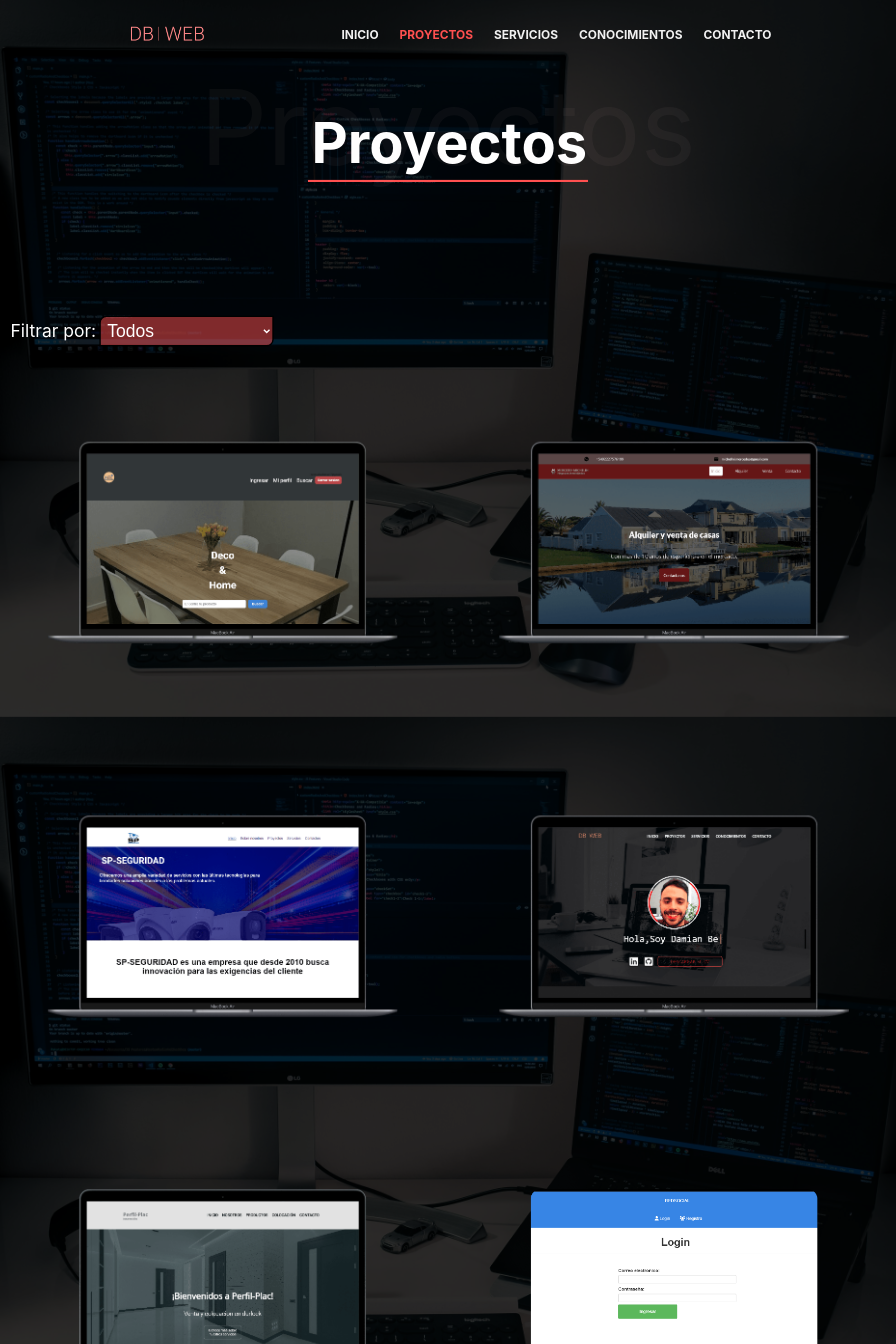
Repository: DamianBermudez94/DB-Porfolio
Page: /proyecto
An editor plug-in stored every save of this project. The page is shown before and after the next save, followed by the edit.
The browser window is 1280 px wide. The pictures show the part of the page from y = 0 to 1920 px (the page is 2900 px tall), at 70% of full size.
Backgrounds fixed to the window are drawn as part of the page. Some web libraries are served in a nearby version. The project was rebuilt for these pictures with package versions that can differ from the ones it lists, and the page was loaded fresh each time. Also part of the build but not shown: vite.config.js, src/components/TextoCustom/styles.css, src/components/TextoCustom/CustomText.jsx, src/components/Home/styles.css, src/components/Home/Home.jsx, src/pages/Inicio.jsx, src/components/Servicios/styles.css, src/components/Servicios/Service.jsx and 8 more.

Above is the page before, as saved 2024-04-01 19:15:01.

### index.html
<!DOCTYPE html>
<html lang="es">
  <head>
    <meta charset="utf-8" />
    <meta name="viewport" content="width=device-width, initial-scale=1" />
    <meta name="geo.position" content="-35.1853171; -59.1479442" />
    <link
      rel="icon"
      type="image/png"
      sizes="32x32"
      href="./public/image/icons-favicon-DB.png"
    />
    <link
      rel="apple-touch-icon"
      type="image/png"
      sizes="32x32"
      href="./public/image/icons-favicon-DB.png"
    />

    <link rel="manifest" href="./src/manifiesto.json" />
    <title>Damián Bermúdez - Developer</title>
    <meta name="author" content="Damián Bermúdez" />
    <meta
      name="description"
      content="Desarrollador Web Full Stack - Diseñador Web - Paginás Web - Damián Bermúdez"
    />
    <meta name="theme-color" content="#000000" />
    <!--Estilos-->
    <script
      src="https://kit.fontawesome.com/bdbed0aafa.js"
      crossorigin="anonymous"
    ></script>
    <link rel="preconnect" href="https://fonts.gstatic.com" />
    <link rel="preconnect" href="https://fonts.gstatic.com" />
    <link rel="preconnect" href="https://fonts.gstatic.com" />
    <link rel="preconnect" href="https://fonts.gstatic.com" />
    <link
      href="https://fonts.googleapis.com/css2?family=Raleway:wght@200;300&family=Roboto:wght@100;300&display=swap"
      rel="stylesheet"
    />
  </head>
  <body>
    <div id="root"></div>
    <script type="module" defer src="/src/main.jsx"></script>
  </body>
</html>

### src/main.jsx
import ReactDOM from "react-dom/client";

import App from "./App";
import "./index.css";
const root = ReactDOM.createRoot(document.getElementById("root"));
root.render(<App />);

### src/App.jsx
import { useState, useEffect } from "react";
import { MisRutas } from "./routers/MisRutas";
import { BrowserRouter } from "react-router-dom";
import backgroundImage from "../public/image/banner-parallax2.jpg";
import "./App.css";
function App() {
  const [scrollPosition, setScrollPosition] = useState(0);

  useEffect(() => {
    const handleScroll = () => {
      setScrollPosition(window.pageYOffset);
    };

    window.addEventListener("scroll", handleScroll);

    return () => {
      window.removeEventListener("scroll", handleScroll);
    };
  }, []);

  return (
    <main className="content-main parallax-container">
      <div
        className="parallax-background"
        style={{
          backgroundImage: `url(${backgroundImage})`,
          backgroundPositionY: scrollPosition / 2 + "px",
        }}
      />
      <div className="parallax-content">
        <BrowserRouter>
          <MisRutas />
        </BrowserRouter>
      </div>
    </main>
  );
}

export default App;

### src/index.css
* {
  margin: 0;
  padding: 0;
  box-sizing: border-box;
}
body {
  font-family: -apple-system, BlinkMacSystemFont, "Segoe UI", "Roboto", "Oxygen",
    "Ubuntu", "Cantarell", "Fira Sans", "Droid Sans", "Helvetica Neue",
    sans-serif;
  -webkit-font-smoothing: antialiased;
  -moz-osx-font-smoothing: grayscale;
}

### src/routers/MisRutas.jsx
import {Routes, Route } from "react-router-dom";

import { Inicio } from "../pages/Inicio";
import { Servicios } from "../pages/Servicios";
import { AcerdaDe } from "../pages/AcerdaDe";
import { Contacto } from "../pages/contacto";
import { Proyectos } from "../pages/Proyecto";
import { Error } from "../components/Error";
import { NavHeader } from "../components/header/NavHeader";
import { Footer } from "../components/Footer/Footer";

export const MisRutas = () => {
  return (
    <div className="layout">
      {/*Header y navegacion*/}
      <NavHeader />
      {/*Contenido general*/}

      <Routes>
        <Route path="/" element={<Inicio />} />
        <Route path="/inicio" element={<Inicio />} />
        <Route path="/servicios" element={<Servicios />} />
        <Route path="/conocimientos" element={<AcerdaDe />} />
        <Route path="/contacto" element={<Contacto />} />
        <Route path="/proyecto" element={<Proyectos />} />
        <Route path="*" element={<Error />} />
      </Routes>

      {/* Footer*/}
      <Footer />
    </div>
  );
};

### src/App.css
.parallax-container {
  position: relative;
  overflow: hidden;
  color: #fff;


}
.parallax-background {
  position: absolute;
  top: 0;
  left: 0;
  width: 100%;
  height: 100%;
  background-size: cover;
  background-position: center;
  background-attachment: fixed;

}
.parallax-content {
 /* Agregamos una transición para suavizar la animación */
  padding-top: 150px;
  background-color: rgba(0, 0, 0, 0.8);
  position: relative;
  z-index: 1; /* Asegura que el contenido esté sobre la imagen de fondo */
}

### src/pages/Proyecto.jsx
import { ListadoTrabajos } from "../components/Proyectos/ListaTrabajos";

export const Proyectos = () => {
  return (
    <section className="section-proyectos">
      <h1 className="title-proyectos">Proyectos</h1>
      <span className="sub-title__proyectos">Proyectos</span>
      <ListadoTrabajos />
    </section>
  );
};

### src/components/header/NavHeader.jsx
import { useState, useEffect } from "react";
import { NavLink } from "react-router-dom";
import "./NavHeader.css";
import BurguerButton from "./burgerButton";

export const NavHeader = () => {
  const [clicked, setClicked] = useState(false);
  const [scrolled, setScrolled] = useState(false);
  const handleClick = () => {
    //cuando esta true lo pasa a false y vice versa
    setClicked(!clicked);
  };
  useEffect(() => {
    const handleScroll = () => {
      if (window.scrollY > 50) {
        setScrolled(true);
      } else {
        setScrolled(false);
      }
    };

    window.addEventListener("scroll", handleScroll);

    // Limpiar el event listener en el desmontaje del componente
    return () => {
      window.removeEventListener("scroll", handleScroll);
    };
  }, []);

  return (
    <header className={`header ${scrolled ? "scrolled" : ""}`}>
      <div className="nav-content">
        <div className="logo">
          <NavLink to="/inicio">
            <img
              src={"/image/Logo-DB.png"}
              alt="Damian Bermudez desarrollador web"
            ></img>
          </NavLink>
        </div>

        <BurguerButton
          className="btn-menu"
          clicked={clicked}
          handleClick={handleClick}
        />
        <nav className={`menu ${clicked ? "active" : ""}`}>
          <ul>
            <li>
              <NavLink
                to="/inicio"
                onClick={handleClick}
                className={({ isActive }) => (isActive ? "active" : "")}
              >
                Inicio
              </NavLink>
            </li>
            <li>
              <NavLink
                to="/proyecto"
                onClick={handleClick}
                className={({ isActive }) => (isActive ? "active" : "")}
              >
                proyectos
              </NavLink>
            </li>
            <li>
              <NavLink
                to="/servicios"
                onClick={handleClick}
                className={({ isActive }) => (isActive ? "active" : "")}
              >
                servicios
              </NavLink>
            </li>
            <li>
              <NavLink
                to="/conocimientos"
                onClick={handleClick}
                className={({ isActive }) => (isActive ? "active" : "")}
              >
                conocimientos
              </NavLink>
            </li>
            <li>
              <NavLink
                to="/contacto"
                onClick={handleClick}
                className={({ isActive }) => (isActive ? "active" : "")}
              >
                contacto
              </NavLink>
            </li>
          </ul>
        </nav>
      </div>
    </header>
  );
};

### src/components/Footer/Footer.jsx

import './Footer.css'
export const Footer = () => {
  return (
    <footer className="footer">
      <div className="contenedor-footer container">
          <div className="footer-redes__sociales">
              <a href="https://www.facebook.com" className="link-redes_sociales" ><i className="fab fa-facebook facebook"></i></a>
              <a href="https://www.instagram.com" className="link-redes_sociales" ><i className="fab fa-instagram instagran"></i></a>
              <a href="https://www.linkedin.com" className="link-redes_sociales" ><i className="fab fa-linkedin linkedin"></i></a>
              <a href="https:/www.github.com" className="link-redes_sociales" ><i className="fab fa-github-square github"></i></a>
          </div>
          <hr className='footer-linea__separacion' />
          <div className="footer-text">
              <p className="title-copy">Hecho por<a className="title-footer" href="https://damianbermudezdev.es/">DB|WEB</a></p>
          </div>
      </div>
    </footer>
  )
}

### src/components/header/NavHeader.css
.header {
  height: 80px;
  width: 100%;
  max-width: 1200px;
  display: flex;
  justify-content: space-around;
  align-items: center;
  position: fixed;
  top: 0;
  right: 0;
  left: 0;
  z-index: 1000;
  padding: 50px 20px;
margin: 0 auto;
  transition: background-color 0.5s ease;
}

/* Cambiar el fondo al hacer scroll */
.header.scrolled {
  background-color: rgba(83, 83, 83, 0.9);
  border-radius: 10px;
  display: flex;
  justify-content: center;
  align-items: center;
  position: fixed;

  margin: 0 auto;
}

.nav-content {
  width: 90%;
  height: 80px;
  margin: 0 auto;
  display: flex;
  justify-content: space-around;
  padding: 5px;
  align-items: center;
}
.header .logo img {
  width: 150px;
  height: 100px;
  object-fit: cover;
}

.header nav ul {
  display: flex;
  justify-content: center;
  align-items: center;
  list-style: none;
}
.header li {
  text-decoration: none;
  text-transform: uppercase;
  font-size: 17px;
  font-weight: bold;
  margin: 15px;
}
.header li a {
  text-decoration: none;
  transition: all 300ms;
  color: #f1f1f1;
}
.header .active,
.header a:hover {
  color: rgb(255, 80, 80);
}

.header .btn-menu {
  display: none;
}
@media screen and (max-width: 960px) {
  .header {
    max-width: 900px;
  }

  .header .logo img {
    width: 200px;
    height: 150px;
  }

  .menu {
    list-style-type: none;
    margin: 0;
    padding: 0;
    transform: translateY(-100%);
    transition: transform 0.5s ease-in-out;
    position: fixed;
    top: 150px;
    left: 0%;
    width: 100%;
    height: 100vh;
    width: 100%;
    display: flex;
    flex-direction: column;
    align-items: center;
    justify-content: center;
    height: 0;
    overflow: hidden;
    background-color: rgba(255, 255, 255, 0);
    backdrop-filter: blur(19px);
  }

  .menu.active {
    transform: translateY(0);
    width: 100%;
    height: 100vh;
    bottom: 10px;
    display: block;
    margin: 0 auto;
  }

  .menu ul {
    flex-direction: column;
    align-items: center;
    justify-content: center;
  }

  .menu li {
    width: 100%;
    margin: 10px auto;
    border-bottom: 1px solid rgb(255, 1, 1);
    margin: 10px 0;
    transform: translateY(-50px);
    opacity: 0;
    transition: transform 0.5s ease, opacity 0.5s ease;
  }
  .menu.active li {
    transform: translateY(0);
    opacity: 1;
    padding: 10px;
  }
  .menu a {
    text-decoration: none;
    color: #fff;
    font-size: 20px;
    transition: color 0.3s;
  }
  .menu a:hover {
    color: #ffd700;
  }
}
@media screen and (max-width: 480px) {
  .header {
    padding: 50px;

  }
  .header .logo img {
    width: 150px;
    height: 100px;
  }
}

### src/components/header/burgerButton.jsx
/* eslint-disable react/prop-types */

import styled from "styled-components";

function BurguerButton(props) {
  return (
    <Burguer>
      <div
        onClick={props.handleClick}
        className={`btn-menu nav-icon-5 ${props.clicked ? "open" : ""}`}
      >
        <span></span>
        <span></span>
        <span></span>
      </div>
    </Burguer>
  );
}

export default BurguerButton;

const Burguer = styled.div`
  /* nav-icon-5 */
  .nav-icon-5 {
    width: 35px;
    height: 30px;
    position: relative;
    cursor: pointer;
    display: flex;
    margin: 25px auto;
  }
  .nav-icon-5 span {
    background-color: #fff;
    position: absolute;
    border-radius: 2px;
    transition: 0.3s cubic-bezier(0.8, 0.5, 0.2, 1.4);
    width: 100%;
    height: 4px;
    transition-duration: 500ms;
  }
  .nav-icon-5 span:nth-child(1) {
    top: 0px;
    left: 0px;
  }
  .nav-icon-5 span:nth-child(2) {
    top: 13px;
    left: 0px;
    opacity: 1;
  }
  .nav-icon-5 span:nth-child(3) {
    bottom: 0px;
    left: 0px;
  }
  .nav-icon-5:not(.open):hover span:nth-child(1) {
    transform: rotate(-3deg) scaleY(1.1);
  }
  .nav-icon-5:not(.open):hover span:nth-child(2) {
    transform: rotate(3deg) scaleY(1.1);
  }
  .nav-icon-5:not(.open):hover span:nth-child(3) {
    transform: rotate(-4deg) scaleY(1.1);
  }
  .nav-icon-5.open span:nth-child(1) {
    transform: rotate(45deg);
    top: 13px;
  }
  .nav-icon-5.open span:nth-child(2) {
    opacity: 0;
  }
  .nav-icon-5.open span:nth-child(3) {
    transform: rotate(-45deg);
    top: 13px;
  }
  @media screen and (min-width: 960px) {
    .btn-menu {
      display: none;
    }
  }
`;

### src/components/Footer/Footer.css
.footer {
  min-height: 120px;
  line-height: 7px;
  text-align: center;
  font-size: 22px;
  padding: 45px;
  background-color: #212121;
}

.contenedor-footer {
  display: flex;
  flex-direction: column;
  justify-content: center;
  align-content: center;
  margin: 0 auto;
  padding: 20px;
}
.footer-text {
  display: flex;
  justify-content: center;
  align-items: center;
  padding: 10px;
  margin-top: 20px;
}
.title-copy {
  text-align: center;
  font-size: 26px;
  font-weight: 300;
}
.title-footer {
  text-decoration: none;
  color: rgb(252, 136, 136);
  margin-left: 5px;
}
.footer-linea__separacion{
  height: 1px;
  width: 100%;
  max-width: 700px;
  margin: 0 auto;


}
body.dark .title-copy {
  color: #f1f1f1;
}

.footer-redes__sociales {
  display: flex;
  justify-content: center;
  align-items: center;
  text-align: center;
  margin-bottom: 10px;
}
.link-redes_sociales {
  text-decoration: none;
  width: 50px;
  height: 50px;
  margin: 10px;
  color: rgb(255, 255, 255);
  background-color: rgb(28, 28, 28);
  border-radius: 10px;
  text-align: center;
  position: relative;
  transition: transform 0.4s;
  font-size: 26px;
  padding: 4px;
}
.link-redes_sociales:hover {
  transform: rotate(45deg);
}
.link-redes_sociales::before {
  content: "";
  position: absolute;
  width: 100%;
  height: 100%;
  opacity: 0;
  background-color: #373737;
  border-radius: 10px;
  transition: opacity 0.2s;
}
.link-redes_sociales:hover::before {
  opacity: 0.4;
}
.link-redes_sociales:nth-child(1)::before {
  background-color: rgb(255, 80, 80);
}
.link-redes_sociales:nth-child(2)::before {
  background-color: rgb(255, 80, 80);
}
.link-redes_sociales:nth-child(3)::before {
  background-color: rgb(255, 80, 80);
}
.link-redes_sociales:nth-child(4)::before {
  background-color: rgb(255, 80, 80);
}

.link-redes_sociales:hover::before {
  transform: translate(-4px, -4px);
  filter: blur(10px);
}

.link-redes_sociales i {
  font-size: 1.7em;
  transition: all 0.4s;
}
.link-redes_sociales:hover i {
  color: #f1f1f1;
  transform: rotate(-45deg);
}

body.dark .redes-sociales i {
  color: #f1f1f1;
}

### src/components/Proyectos/styles.css
/**--Estilos seccion Proyectos--**/
.section-proyectos {
  text-align: center;
  margin: 0 auto;
}

.title-proyectos {
  width: 100%;
  max-width: 400px;
  padding: 5px;
  margin: 0 auto;
  font-size: 80px;
  color: rgb(255, 255, 255);
  border-bottom: 3px solid rgb(255, 80, 80);
}
.sub-title__proyectos {
  position: relative;
  opacity: 0.04;
  font-size: 150px;
  top: -170px;
  right: 0;
  color: rgb(253, 214, 214);
}
.container-proyectos {
  position: relative;
  top: 0;
  left: 0;
  width: 100%;
  max-width: 1600px;
  display: grid;
  grid-template-columns: repeat(2, 1fr);
  grid-gap: 30px;
  padding: 10px;
  margin: 0 auto;
}
.container-filtro{
  display: flex;
  align-items: center;
  justify-content:left;
  grid-column: span 2;
}
.container-filtro label{
  font-size: 25px;
  padding: 5px;
}
.container-filtro select{
  font-size: 25px;
  padding: 5px;
  border: 2px solid #000000;
  color: #fff;
  border-radius: 10px 0px 10px 0px;
  background-color: rgb(255, 80, 80,0.5);
}
.card-proyectos {
  width: 100%;
  display: flex;
  align-items: center;
  flex-direction: column;
  margin: 0 auto;
}
.content-proyectos__img img {
  object-fit: contain;
  border-radius: 5px;
  width: 700px;
  height: 500px;
  cursor: pointer;
  transition: all 0.5s;
}
.content-proyectos__img img:hover {
  filter: drop-shadow(5px 5px 3px red);
}

.card-proyectos span {
  display: block;
  color: white;
  font-size: 18px;
  margin-top: 35px;
}
.card-proyectos h2 {
  display: block;
  color: white;
  margin-top: 5px;
  font-size: 25px;
}
.card-proyectos a {
  color: white;
  text-decoration: none;
  transition: none;
  text-align: center;
}

.content-proyectos__enlace {
  width: 100%;
  display: flex;
  justify-content: center;
  align-items: center;
  padding: 20px;
  margin: 0 auto;
}

.proyectos-enlace {
  width: 40%;
  max-width: 200px;
  text-decoration: none;
  display: flex;
  align-items: center;
  justify-content: center;
  margin: 0 auto;
  font-size: 18px;
  cursor: pointer;
  text-transform: uppercase;
  letter-spacing: 2px;
  color: rgb(255, 0, 0);
  background-color: transparent;
  outline: 2px solid rgb(255, 80, 80);
  border: none;
  border-radius: 8px;
  padding: 10px 20px;
  position: relative;

  overflow: hidden;
  transition: color 1s;
}

.proyectos-enlace:hover {
  color: #000000;
  z-index: 1;
}

.proyectos-enlace::before {
  content: "";
  position: absolute;
  top: 0;
  left: -50px;
  width: 150%;
  height: 100%;
  background-color: rgba(255, 85, 85, 0.5);
  border: none;
  outline: 3px solid rgb(0, 0, 0);
  transform: scaleX(0) skewX(35deg);
  transform-origin: left;
  z-index: -1;
  transition: transform 1s;
}

.proyectos-enlace:hover::before {
  transform: scaleX(1) skewX(35deg);
}

/* Modal personalizado */
.mi-modal {
  width: 600px;
  height: 500px;
  display: flex;
  justify-content: space-between;
  align-items: center;
  background-color: rgba(0, 0, 0, 0.9);
  border-radius: 5px;
  box-shadow: 0 0 10px rgba(247, 10, 10, 0.9);
  padding: 20px;
}
.container-modal {
  width: 100%;
  height: 100%;
  display: flex;
  justify-content: space-around;
  padding: 10px;
  flex-direction: column;
}

.mi-modal-overlay {
  width: 100%;
  height: 100vh;
  color: #fff;
  display: flex;
  justify-content: center;
  align-items: center;
  position: fixed;
  top: 0;
  left: 0;
  right: 0;
  bottom: 0;
  background-color: rgba(0, 0, 0, 0.2);
  margin: 0 auto;
  z-index: 111111111111111111111;
}
@media (max-width: 1480px) {
  .content-proyectos__img img {
    width: 500px;
    height: 500px;
  }
}

@media (max-width: 1120px) {
  .content-proyectos__img img {
    width: 450px;
    height: 450px;
  }
}
@media (max-width: 960px) {
  .container-proyectos {
    display: grid;
    grid-template-columns: repeat(1, 1fr);
    grid-gap: 10px;
  }
  .container-filtro{
    justify-content: center;
    flex-direction: column;
    grid-column: span 1;

  }
  .mi-modal {
    width: 400px;
    height: 500px;
    display: flex;
    justify-content: space-between;
    align-items: center;
    background-color: rgba(0, 0, 0, 0.336);
    border-radius: 5px;
    padding: 20px;
    box-shadow: 0 0 10px rgba(247, 10, 10, 0.9);
  }
}
@media (max-width: 760px) {
  .container-proyectos {
    grid-template-columns: repeat(1, 1fr);
  }
  .content-proyectos__img img {
    width: 400px;
    height: 400px;
  }
  .sub-title__proyectos {
    font-size: 105px;
    top: -135px;
  }
}
@media (max-width: 480px) {
  .title-proyectos {
    font-size: 40px;
    max-width: 300px;
  }
  .sub-title__proyectos {
    font-size: 70px;
    top: -90px;
  }
  .content-proyectos__img img {
    width: 300px;
    height: 300px;
  }
  .mi-modal {
    width: 300px;
  }
}
@media (max-width: 360px) {
  .title-proyectos {
    font-size: 35px;
    max-width: 200px;
  }
  .sub-title__proyectos {
    font-size: 50px;
    top: -70px;
  }
  .content-proyectos__img img {
    width: 250px;
    height: 250px;
  }
  .mi-modal {
    width: 300px;
  }
}

Loaded but not shown: src/data/trabajos.js (92 lines, source omitted); src/components/Proyectos/ListaTrabajos.jsx (115 lines, source omitted)

After the next save:
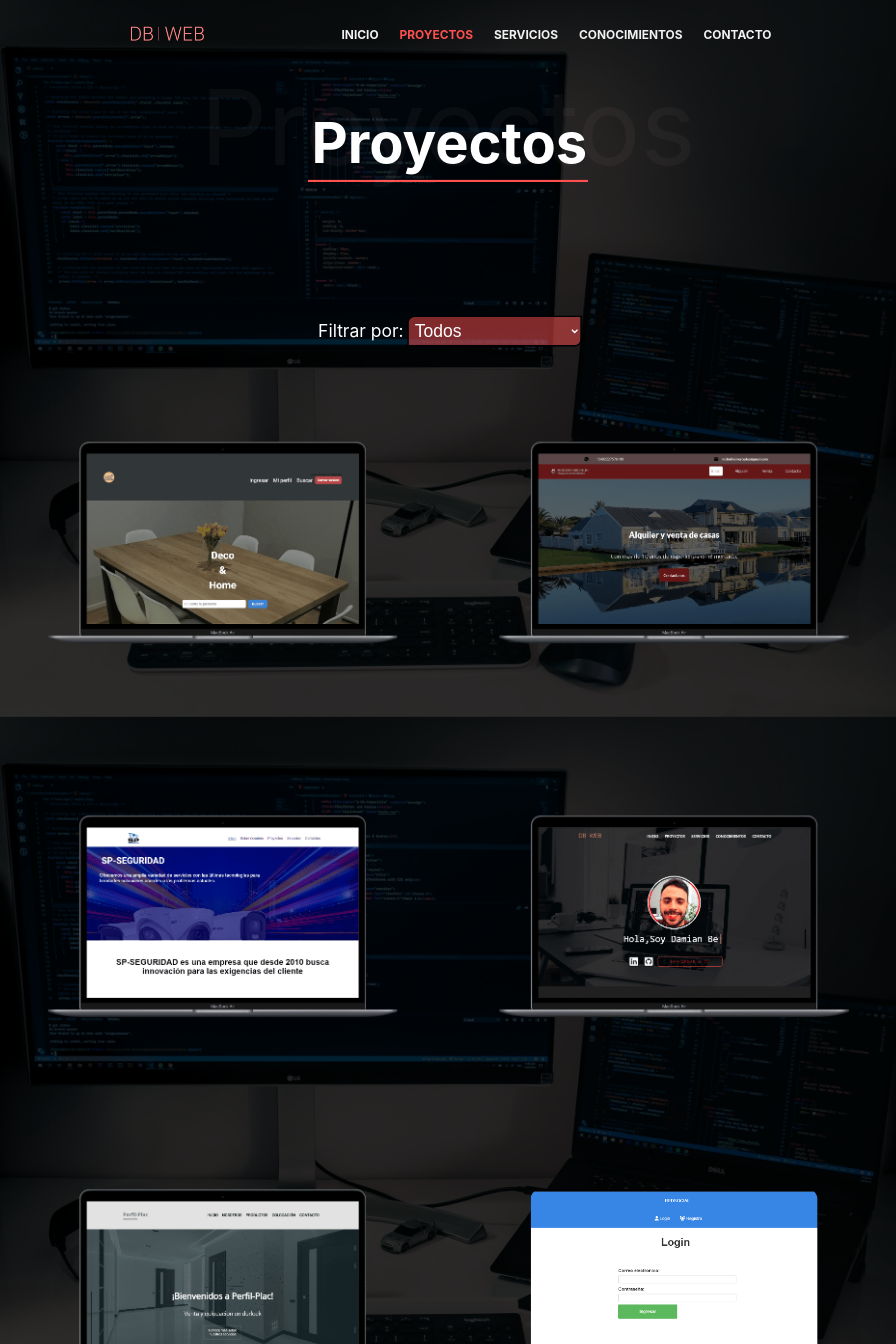
Saved 44 s later.
--- a/src/components/Proyectos/styles.css
+++ b/src/components/Proyectos/styles.css
@@ -36,7 +36,7 @@
 .container-filtro{
   display: flex;
   align-items: center;
-  justify-content:left;
+  margin: 0 auto;
   grid-column: span 2;
 }
 .container-filtro label{
